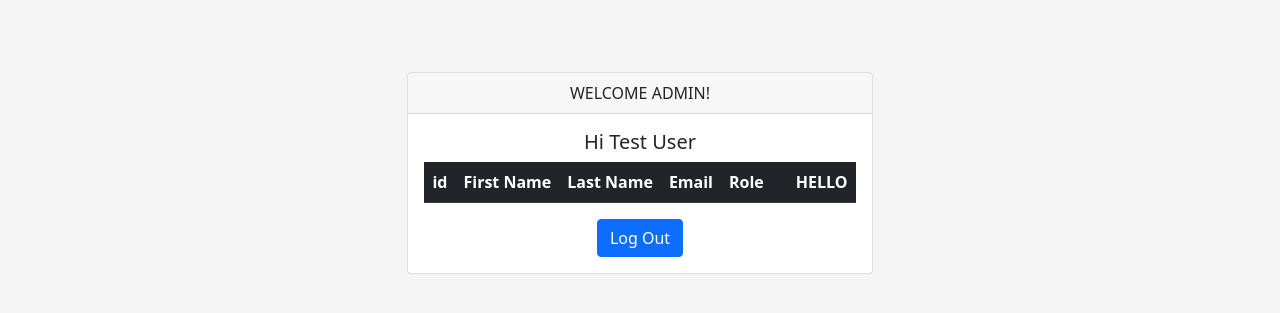
Repository: rabin-bhandari/LOGIN-SIGNUP
Page: http://localhost/welcome.php
These files come from the project's save history. The page is drawn as it stood at one moment and after a run of saves; the edit follows.
The browser window is 1280 px wide. The pictures show the whole page.
Some web libraries are served in a nearby version. The page is run by PHP 8.4 with error messages shown; the project is at /var/www/html/. The session is filled in as if someone had signed in: {"email": "test@example.com", "first_name": "Test User", "last_name": "Test User", "id": 1, "admin": 1}. Queries for data that is not in the repository find no rows.

Above is the page before, as saved 2022-03-27 21:17:05.

After the next 2 saves:
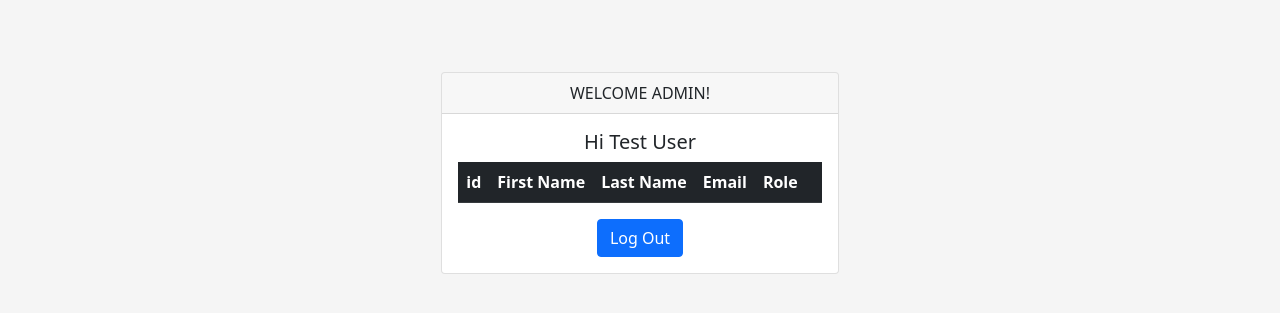
The 2 saves are shown as one change because they came seconds apart.
The last was saved 29 s later.
--- a/welcome.php
+++ b/welcome.php
@@ -61,9 +61,6 @@ if (isset($_SESSION['id']) && isset($_SESSION['email'])) {
                   <th scope="col">Email</th>
                   <th scope="col">Role</th>
                   <th scope="col"></th>
-                  <th scope="col">HELLO</th>
-
-
                 </tr>
               </thead>
               <tbody>
